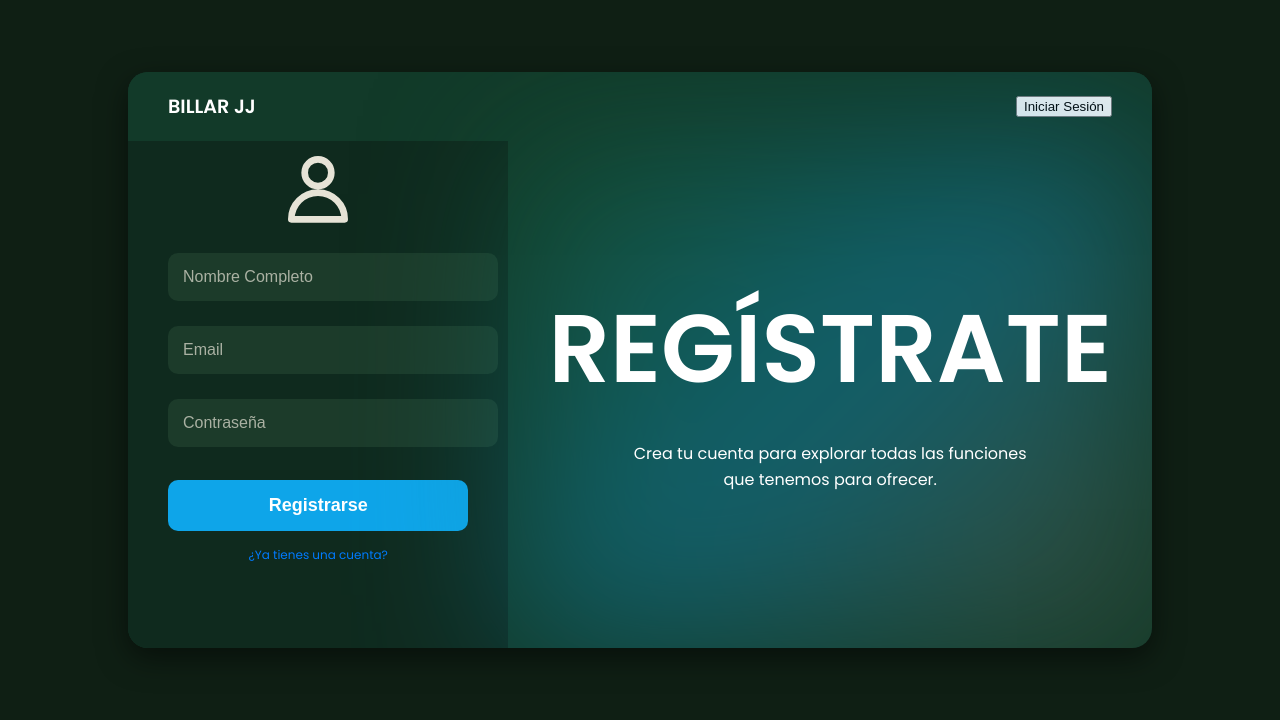
Repository: julianvargas55/ProyectoFormativoBilliarJJ
Page: http://localhost/usuario/registro
The author's editor kept a copy of each file at every save. The page is drawn from the files as they stood at one save, then again after the next save.
The browser window is 1280 px wide. The pictures show the whole page.
The page is this project's Thymeleaf template; nobody is signed in. The template is opened directly, without the code that normally fills it, so the values that code supplies are empty.

Above is the page before, as saved 2025-10-14 22:11:30.

### test/src/main/resources/templates/usuario/registro.html
<!DOCTYPE html>
<html lang="es" xmlns:th="http://www.thymeleaf.org">
<head>
    <meta charset="UTF-8">
    <meta name="viewport" content="width=device-width, initial-scale=1.0">
    <title>Registro - BILLAR JJ</title>
    <link rel="stylesheet" href="/assets/css/REGISTRO.CSS">
    <link rel="preconnect" href="https://fonts.googleapis.com">
    <link rel="preconnect" href="https://fonts.gstatic.com" crossorigin>
    <link href="https://fonts.googleapis.com/css2?family=Poppins:wght@400;600&display=swap" rel="stylesheet">
</head>
<body>
    <div class="container">
        <header class="navbar">
            <div class="logo">
                <span>BILLAR JJ</span>
            </div>
            <nav>
                <ul>
                    <!-- Menú vacío como en tu original -->
                </ul>
            </nav>
            <button><a th:href="@{/index}">Iniciar Sesión</a></button>
        </header>

        <div class="main-content">
            <!-- Mensajes de éxito/error -->
            <div th:if="${exito}" class="mensaje-exito">
                <p th:text="${exito}"></p>
            </div>
            <div th:if="${error}" class="mensaje-error">
                <p th:text="${error}"></p>
            </div>

            <div class="register-panel">
                <div class="profile-icon">
                    <svg viewBox="0 0 24 24" fill="none" xmlns="http://www.w3.org/2000/svg">
                        <path d="M12 4a4 4 0 100 8 4 4 0 000-8zM12 14a8 8 0 00-8 8h16a8 8 0 00-8-8z" stroke="currentColor" stroke-width="2" stroke-linecap="round" stroke-linejoin="round"/>
                    </svg>
                </div>

                <!-- FORMULARIO CORREGIDO -->
                <form class="register-form" th:action="@{/registro}" method="post">
                    <div class="input-group">
                        <input type="text" name="nombre" placeholder="Nombre Completo" required>
                    </div>
                    <div class="input-group">
                        <input type="email" name="email" placeholder="Email" required>
                    </div>
                    <div class="input-group">
                        <input type="password" name="password" placeholder="Contraseña" required>
                    </div>
                    <button type="submit" class="register-btn">Registrarse</button>

                    <div class="options">
                        <a th:href="@{/index}">¿Ya tienes una cuenta?</a>
                    </div>
                </form>
            </div>

            <div class="welcome-section">
                <div class="gradient-bg"></div>
                <div class="text-content">
                    <h1>REGÍSTRATE</h1>
                    <p>Crea tu cuenta para explorar todas las funciones que tenemos para ofrecer.</p>
                </div>
            </div>
        </div>
    </div>

    <style>
        /* Estilos para mensajes */
        .mensaje-exito {
            background-color: #d4edda;
            color: #155724;
            padding: 12px;
            border-radius: 5px;
            margin: 10px 0;
            border: 1px solid #c3e6cb;
        }

        .mensaje-error {
            background-color: #f8d7da;
            color: #721c24;
            padding: 12px;
            border-radius: 5px;
            margin: 10px 0;
            border: 1px solid #f5c6cb;
        }

        /* Asegurar que los enlaces se vean bien */
        .navbar button a {
            color: inherit;
            text-decoration: none;
        }

        .options a {
            color: #007bff;
            text-decoration: none;
        }

        .options a:hover {
            text-decoration: underline;
        }
    </style>
</body>
</html>

### test/src/main/resources/static/assets/css/REGISTRO.CSS
:root {
    --primary-bg: #0F1F14; /* Fondo profundo verde oscuro (paño) */
    --secondary-bg: #123A29; /* Paneles en verde oscuro */
    --text-color: #E6E3D6; /* Marfil suave para textos */
    --white: #FFFFFF;
    --accent-pink: #0EA5E9; /* Usado como botón principal: tiza azul */
}

body {
    margin: 0;
    font-family: 'Poppins', sans-serif;
    background: var(--primary-bg);
    color: var(--text-color);
    display: flex;
    justify-content: center;
    align-items: center;
    height: 100vh;
}

.container {
    background: var(--secondary-bg);
    border-radius: 20px;
    box-shadow: 0 10px 30px rgba(0, 0, 0, 0.5);
    display: flex;
    flex-direction: column;
    width: 80vw;
    max-width: 1200px;
    height: 80vh;
    max-height: 800px;
    overflow: hidden;
}

.navbar {
    display: flex;
    justify-content: space-between;
    align-items: center;
    padding: 20px 40px;
    background: var(--secondary-bg);
}

.navbar .logo span {
    color: var(--white);
    font-weight: 600;
    font-size: 1.2rem;
}

.navbar nav ul {
    list-style: none;
    display: flex;
    margin: 0;
    padding: 0;
}

.navbar nav ul li {
    margin: 0 15px;
}

.navbar nav ul li a {
    text-decoration: none;
    color: var(--text-color);
    font-weight: 400;
    transition: color 0.3s;
}

.navbar nav ul li a:hover {
    color: var(--white);
}

.sign-up-btn {
    background-color: transparent;
    border: 1px solid var(--text-color);
    color: var(--text-color);
    padding: 10px 20px;
    border-radius: 20px;
    cursor: pointer;
    transition: all 0.3s;
}

.sign-up-btn:hover {
    background-color: var(--text-color);
    color: var(--secondary-bg);
}

.main-content {
    display: flex;
    flex-grow: 1;
}

.register-panel {
    flex-basis: 35%;
    background: #0F2A1E;
    padding: 5px 40px 40px 40px;
    display: flex;
    flex-direction: column;
    justify-content: flex-start;
    align-items: center;
}

.profile-icon svg {
    width: 80px;
    height: 80px;
    color: var(--text-color);
    margin-bottom: 20px;
}

.register-form {
    width: 100%;
}

.input-group {
    margin-bottom: 25px;
    display: flex;
    flex-direction: column;
    align-items: stretch;
}

.input-group input {
    width: 100%;
    padding: 15px;
    border: none;
    background: #1C3B2A;
    border-radius: 10px;
    color: var(--white);
    font-size: 16px;
    outline: none;
}

.tipo-label {
    color: #0EA5E9;
    font-weight: 600;
    margin-bottom: 8px;
    font-size: 1rem;
}

.tipo-select {
    width: 100%;
    padding: 15px;
    border-radius: 10px;
    border: none;
    background: #1C3B2A;
    color: var(--white);
    font-size: 16px;
    outline: none;
    margin-bottom: 5px;
}

.input-group input::placeholder {
    color: var(--text-color);
    opacity: 0.7;
}

.register-btn {
    width: 100%;
    padding: 15px;
    background: var(--accent-pink);
    color: var(--white);
    border: none;
    border-radius: 10px;
    font-size: 18px;
    font-weight: 600;
    cursor: pointer;
    margin-top: 8px;
    transition: background 0.3s;
}

.register-btn:hover {
    background: #0284C7; /* Azul tiza más profundo */
}

.options {
    display: flex;
    justify-content: center;
    margin-top: 15px;
    font-size: 12px;
}

.options a {
    color: var(--text-color);
    text-decoration: none;
    transition: color 0.3s;
}

.options a:hover {
    color: var(--white);
}

.welcome-section {
    flex-basis: 65%;
    position: relative;
    display: flex;
    flex-direction: column;
    justify-content: center;
    align-items: center;
    text-align: center;
    padding: 40px;
}

.gradient-bg {
    position: absolute;
    top: 0;
    left: 0;
    width: 100%;
    height: 100%;
    background: linear-gradient(135deg,
        rgba(22, 101, 52, 0.7),  /* Verde paño */
        rgba(14, 165, 233, 0.6), /* Tiza azul */
        rgba(139, 94, 60, 0.55)  /* Madera */
    );
    filter: blur(80px);
    z-index: 0;
    opacity: 0.6;
}

.welcome-section .text-content {
    position: relative;
    z-index: 1;
    color: var(--white);
    display: flex;
    flex-direction: column;
    align-items: center;
    justify-content: center;
    height: 100%;
}

.welcome-section h1 {
    font-size: 6rem;
    font-weight: 600;
    margin: 0;
    color: var(--white);
}

.welcome-section p {
    max-width: 400px;
    margin: 20px 0;
    font-size: 1rem;
    line-height: 1.6;
}

After the next save:
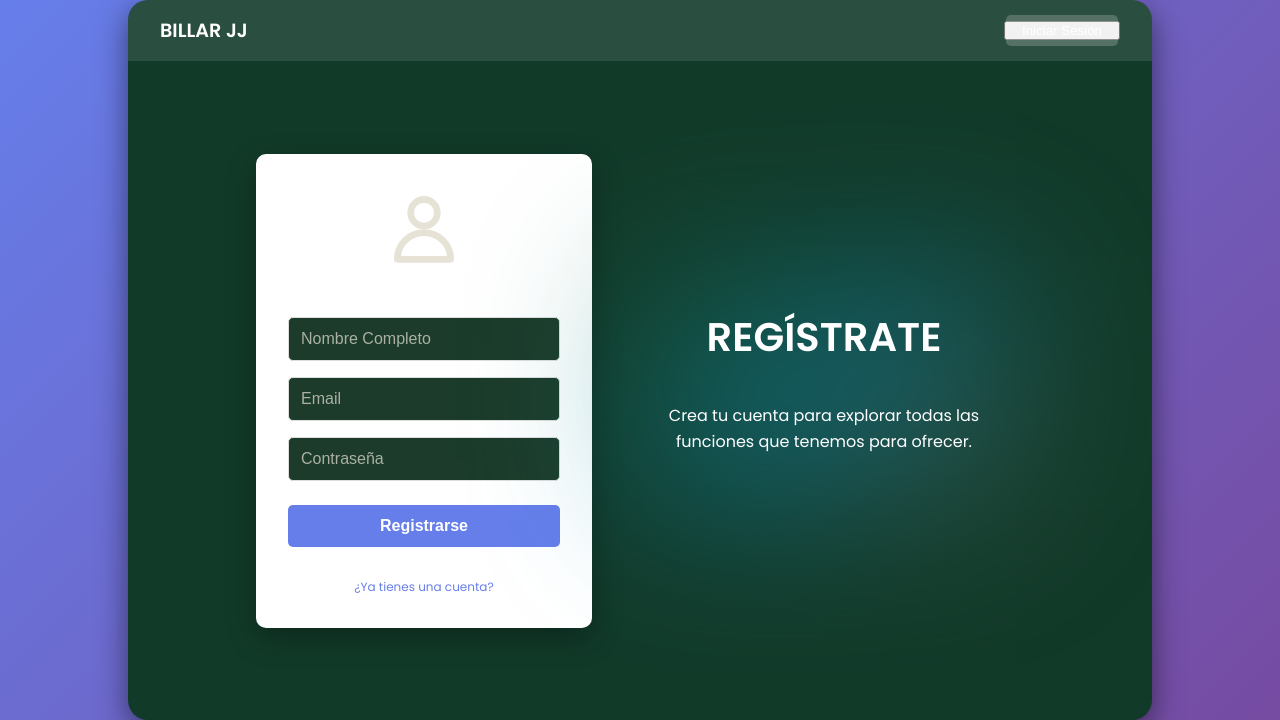
Saved 2 min 21 s later.
--- a/test/src/main/resources/templates/usuario/registro.html
+++ b/test/src/main/resources/templates/usuario/registro.html
@@ -4,7 +4,7 @@
     <meta charset="UTF-8">
     <meta name="viewport" content="width=device-width, initial-scale=1.0">
     <title>Registro - BILLAR JJ</title>
-    <link rel="stylesheet" href="/assets/css/REGISTRO.CSS">
+    <link rel="stylesheet" th:href="@{/assets/css/registro.css}">
     <link rel="preconnect" href="https://fonts.googleapis.com">
     <link rel="preconnect" href="https://fonts.gstatic.com" crossorigin>
     <link href="https://fonts.googleapis.com/css2?family=Poppins:wght@400;600&display=swap" rel="stylesheet">
@@ -69,13 +69,122 @@
     </div>
 
     <style>
+        /* Estilos básicos para que funcione */
+        * {
+            margin: 0;
+            padding: 0;
+            box-sizing: border-box;
+        }
+
+        body {
+            font-family: 'Poppins', sans-serif;
+            background: linear-gradient(135deg, #667eea 0%, #764ba2 100%);
+            min-height: 100vh;
+        }
+
+        .container {
+            display: flex;
+            flex-direction: column;
+            min-height: 100vh;
+        }
+
+        .navbar {
+            display: flex;
+            justify-content: space-between;
+            align-items: center;
+            padding: 1rem 2rem;
+            background: rgba(255, 255, 255, 0.1);
+        }
+
+        .logo span {
+            color: white;
+            font-size: 1.5rem;
+            font-weight: bold;
+        }
+
+        .navbar button a {
+            color: white;
+            text-decoration: none;
+            padding: 0.5rem 1rem;
+            background: rgba(255, 255, 255, 0.2);
+            border-radius: 5px;
+        }
+
+        .main-content {
+            display: flex;
+            flex: 1;
+            align-items: center;
+            justify-content: center;
+            gap: 2rem;
+            padding: 2rem;
+        }
+
+        .register-panel {
+            background: white;
+            padding: 2rem;
+            border-radius: 10px;
+            box-shadow: 0 10px 30px rgba(0, 0, 0, 0.3);
+            width: 100%;
+            max-width: 400px;
+        }
+
+        .profile-icon {
+            text-align: center;
+            margin-bottom: 1.5rem;
+            color: #667eea;
+        }
+
+        .input-group {
+            margin-bottom: 1rem;
+        }
+
+        .input-group input {
+            width: 100%;
+            padding: 0.75rem;
+            border: 1px solid #ddd;
+            border-radius: 5px;
+            font-size: 1rem;
+        }
+
+        .register-btn {
+            width: 100%;
+            padding: 0.75rem;
+            background: #667eea;
+            color: white;
+            border: none;
+            border-radius: 5px;
+            font-size: 1rem;
+            cursor: pointer;
+            margin-bottom: 1rem;
+        }
+
+        .options {
+            text-align: center;
+        }
+
+        .options a {
+            color: #667eea;
+            text-decoration: none;
+        }
+
+        .welcome-section {
+            color: white;
+            text-align: center;
+            max-width: 400px;
+        }
+
+        .welcome-section h1 {
+            font-size: 2.5rem;
+            margin-bottom: 1rem;
+        }
+
         /* Estilos para mensajes */
         .mensaje-exito {
             background-color: #d4edda;
             color: #155724;
             padding: 12px;
             border-radius: 5px;
-            margin: 10px 0;
+            margin-bottom: 1rem;
             border: 1px solid #c3e6cb;
         }
 
@@ -84,23 +193,8 @@
             color: #721c24;
             padding: 12px;
             border-radius: 5px;
-            margin: 10px 0;
+            margin-bottom: 1rem;
             border: 1px solid #f5c6cb;
-        }
-
-        /* Asegurar que los enlaces se vean bien */
-        .navbar button a {
-            color: inherit;
-            text-decoration: none;
-        }
-
-        .options a {
-            color: #007bff;
-            text-decoration: none;
-        }
-
-        .options a:hover {
-            text-decoration: underline;
         }
     </style>
 </body>
